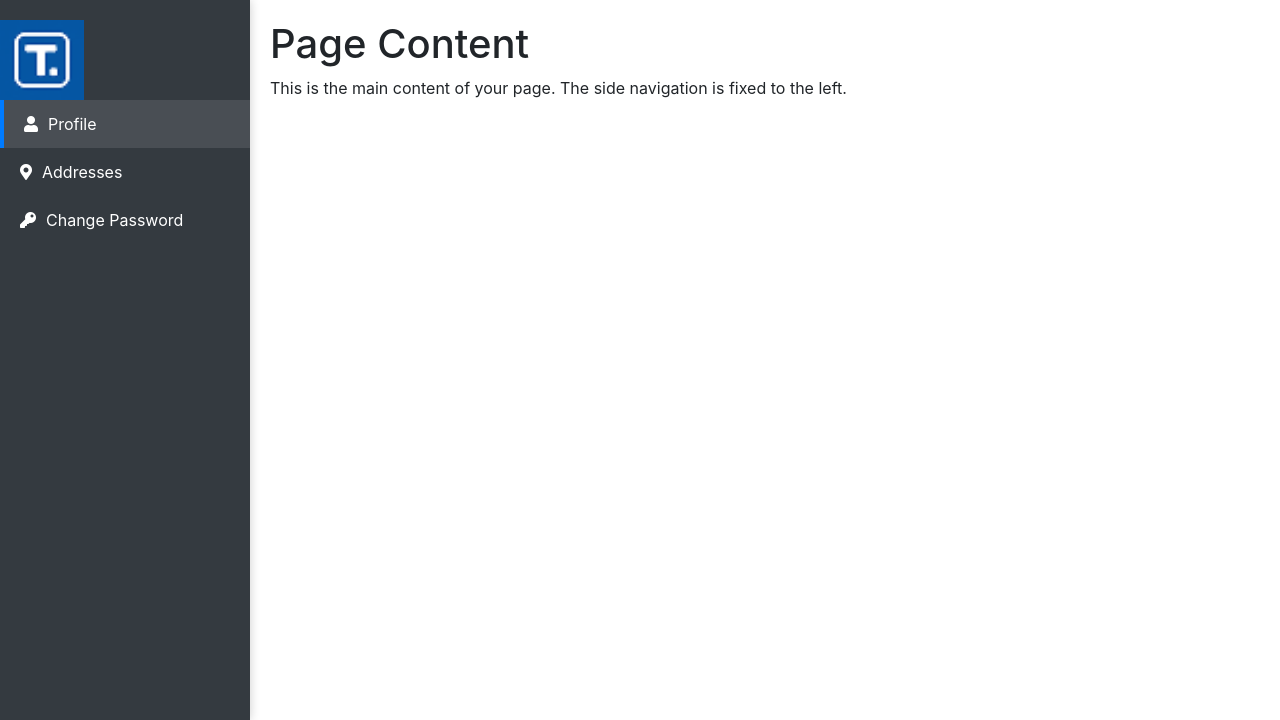
Repository: Darkrepo23/Ecommerce-Manalastas-project
Page: profile-settings.html
These files come from the project's save history. The page is drawn as it stood at one moment and after the next save; the edit follows.
The browser window is 1280 px wide. The pictures show the whole page.
Some web libraries are served in a nearby version.

Above is the page before, as saved 2026-01-04 08:48:29.

After the next save:
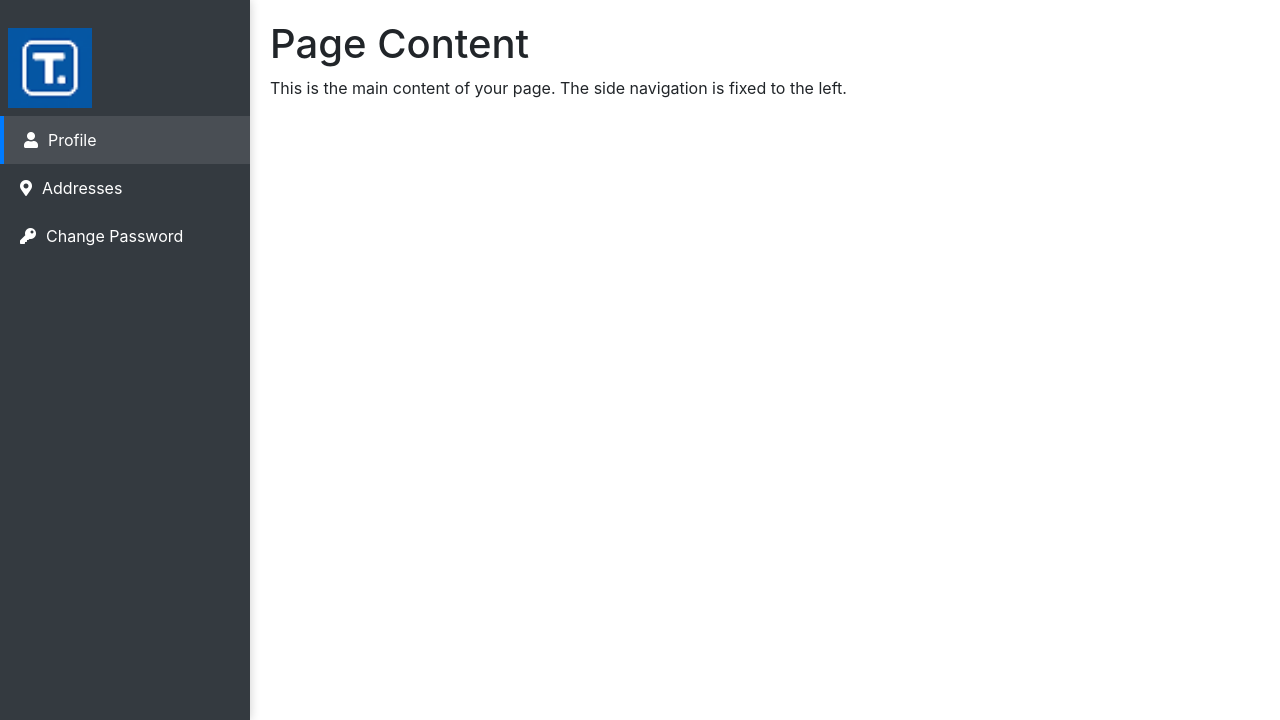
Saved 10 s later.
--- a/profile-settings.html
+++ b/profile-settings.html
@@ -56,7 +56,7 @@
 
   <!-- Side Navigation -->
   <div class="sidebar">
-  <img src="img/logo.png" class="mx5" alt="" style="height: 5rem;">
+  <img src="img/logo.png" class="m-2" alt="" style="height: 5rem;">
   <a href="#" class="active"><i class="fas fa-user"></i>Profile</a>
   <a href="#"><i class="fas fa-map-marker-alt"></i>Addresses</a>
   <a href="#"><i class="fas fa-key"></i>Change Password</a>
